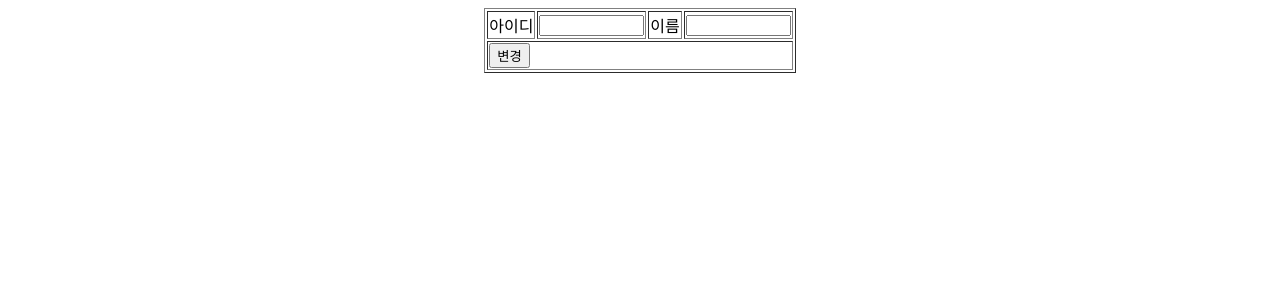
Repository: teeeeeeemo/workspace_jsp
Page: http://localhost/chap14/update/updateForm.jsp
An editor plug-in stored every save of this project. The page is shown before and after the next save, followed by the edit.
The browser window is 1280 px wide. The pictures show the whole page.
The page is served by Tomcat 9. Nobody is signed in. The application's start-up code is not run. Other server files are loaded and not shown.

Above is the page before, as saved 2017-01-12 10:57:03.

### chap14/WebContent/update/updateForm.jsp
<%@ page language="java" contentType="text/html; charset=UTF-8"
    pageEncoding="UTF-8"%>
<!DOCTYPE html PUBLIC "-//W3C//DTD HTML 4.01 Transitional//EN" "http://www.w3.org/TR/html4/loose.dtd">
<html>
<head>
<meta http-equiv="Content-Type" content="text/html; charset=UTF-8">
<title>이름 변경</title>
</head>
<body>
<div align="center">
<form action="/chap14/update/update.jsp" method="post">
<table border=1">
<tr>
	<td>아이디</td>
	<td><input type="text" name="memberID" size="10"></td>
	<td>이름</td>
	<td><input type="text" name="name" size="10"></td>
</tr>
<tr>
	<td colspan="4"><input type="submit" value="변경"></td>
</tr>

</table>
</form>
</div>

</body>
</html>

After the next save:
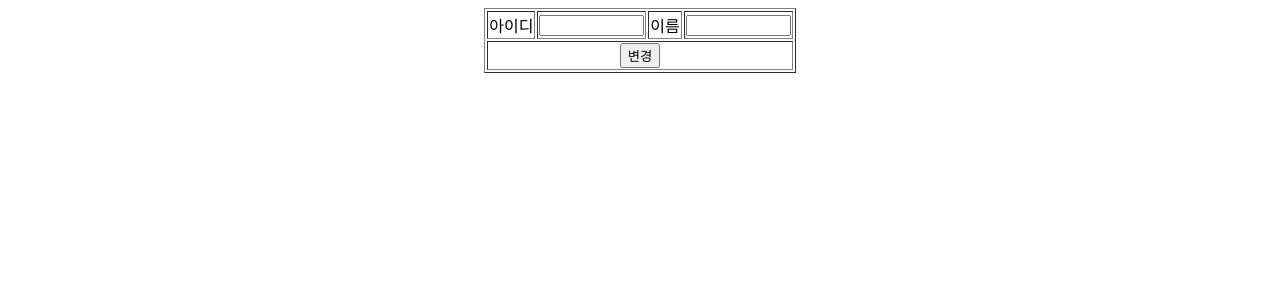
Saved 37 s later.
--- a/chap14/WebContent/update/updateForm.jsp
+++ b/chap14/WebContent/update/updateForm.jsp
@@ -17,7 +17,7 @@
 	<td><input type="text" name="name" size="10"></td>
 </tr>
 <tr>
-	<td colspan="4"><input type="submit" value="변경"></td>
+	<td colspan="4" align="center"><input type="submit" value="변경"></td>
 </tr>
 
 </table>
